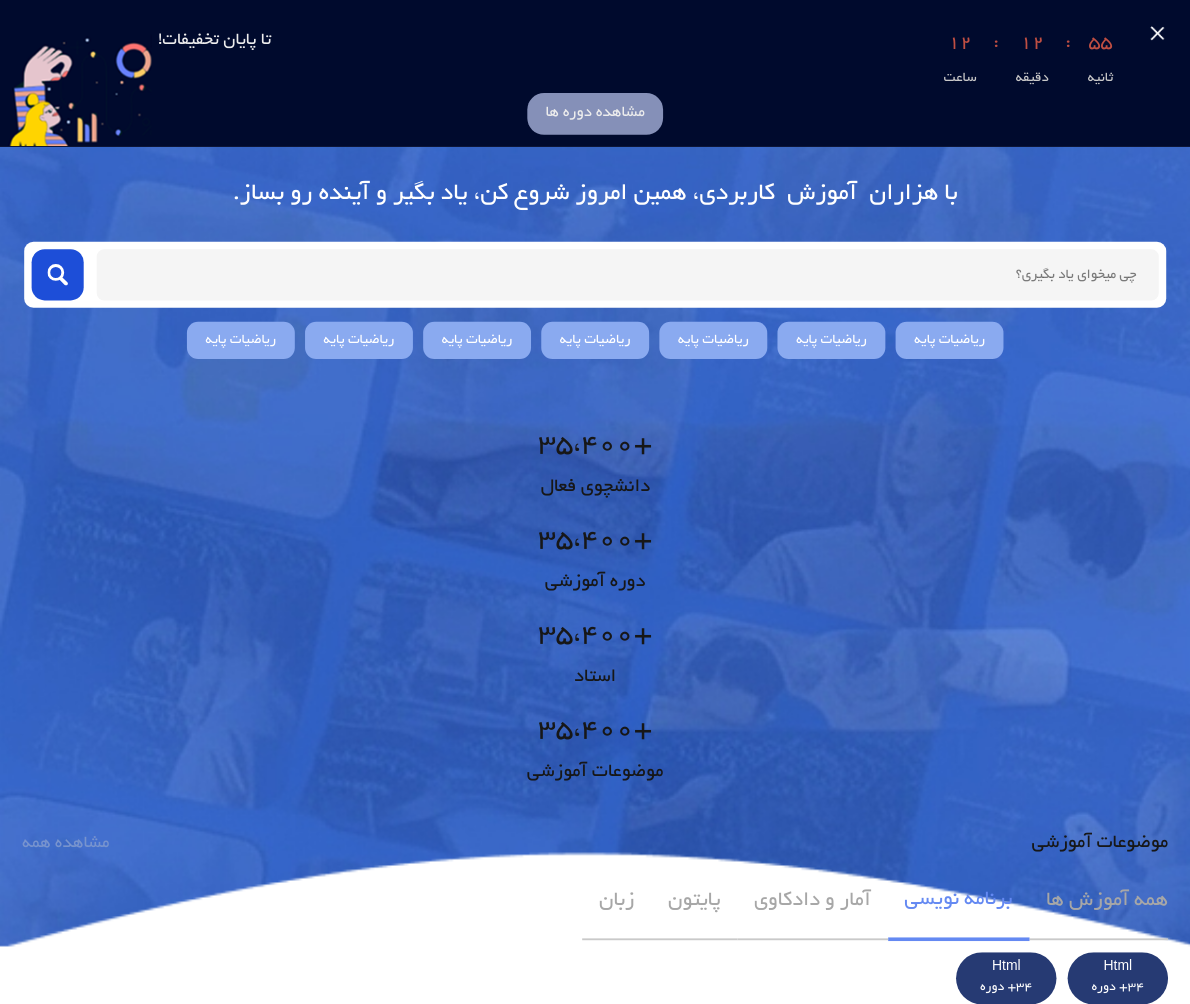
Repository: sinafath/fradars
Page: /
The author's editor kept a copy of each file at every save. The page is drawn from the files as they stood at one save, then again after the next save.
The browser window is 1280 px wide. The pictures show the whole page, at 93% of full size.
The project was rebuilt for these pictures with package versions that can differ from the ones it lists, and the page was loaded fresh each time. The framework's server and built-in components were replaced by stand-ins that run in the browser. Also part of the build but not shown: next.config.ts.

Above is the page before, as saved 2025-09-22 18:01:08.

After the next save:
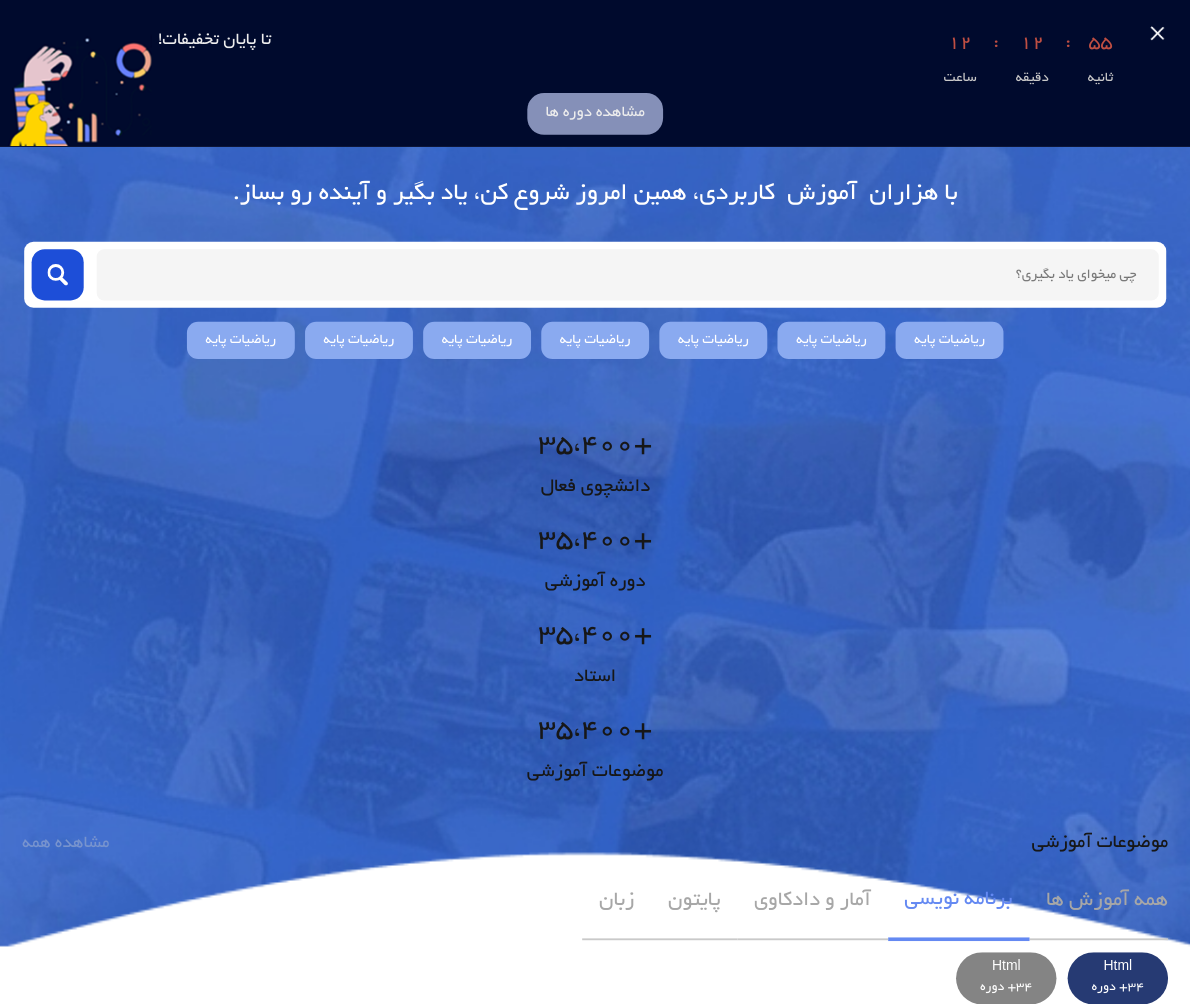
Saved 4 s later.
--- a/src/app/page.tsx
+++ b/src/app/page.tsx
@@ -99,7 +99,7 @@
           <div className="">Html</div>
           <div>34+ دوره</div>
         </Column>
-        <Column justify="center" align="center" className=" items-center align-center rounded-[28px] w-[108px] h-[56px]   flex-shrink-0  bg-[#263A73] text-center text-white text-[15px]">
+        <Column justify="center" align="center" className=" items-center align-center rounded-[28px] w-[108px] h-[56px]   flex-shrink-0  bg-[#848484] text-center text-white text-[15px]">
           <div className="">Html</div>
           <div>34+ دوره</div>
         </Column>
